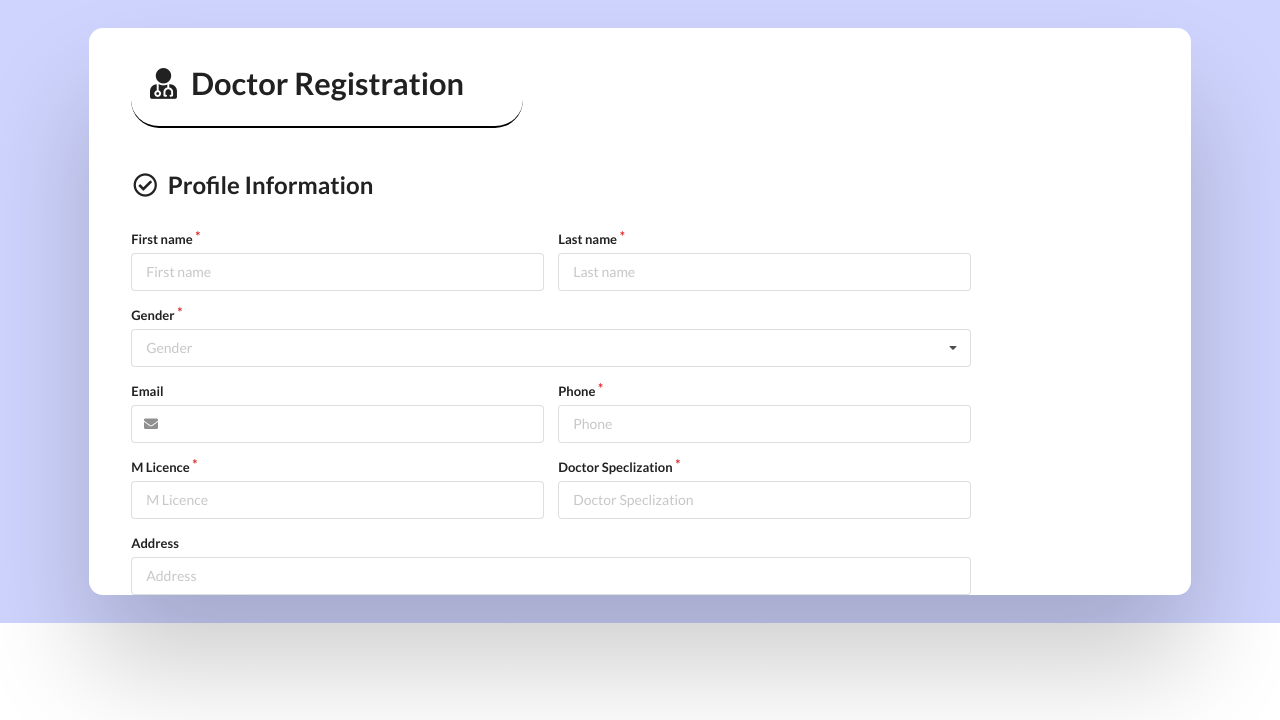
Repository: ajayaj2001/healthcare-digitization
Page: /doctorRegister
An editor plug-in stored every save of this project. The page is shown before and after the next save, followed by the edit.
The browser window is 1280 px wide. The pictures show the whole page.
The project was rebuilt for these pictures with package versions that can differ from the ones it lists, and the page was loaded fresh each time. Also part of the build but not shown: src/component/userType/UserType.scss, src/component/userType/UserType.js, src/component/login/Login.scss, src/component/login/loginForm/LoginForm.scss, src/component/login/loginForm/LoginForm.js, src/component/login/Login.js, src/component/register/Register.scss, src/component/register/registerForm/RegisterForm.scss and 2 more.

Above is the page before, as saved 2021-03-13 11:57:17.

### public/index.html
<!DOCTYPE html>
<html lang="en">

<head>
  <meta charset="utf-8" />
  <meta name="viewport" content="width=device-width, initial-scale=1" />
  <meta name="theme-color" content="#000000" />
  <meta name="description" content="Web site created using create-react-app" />
  <link rel="stylesheet" href="https://fonts.googleapis.com/css?family=Roboto:300,400,500,700&display=swap" />
  <link rel="stylesheet" href="https://fonts.googleapis.com/icon?family=Material+Icons" />

  <!--
      manifest.json provides metadata used when your web app is installed on a
      user's mobile device or desktop. See https://developers.google.com/web/fundamentals/web-app-manifest/
    -->
  <!-- <link rel="manifest" href="%PUBLIC_URL%/manifest.json" /> -->
  <!--
      Notice the use of %PUBLIC_URL% in the tags above.
      It will be replaced with the URL of the `public` folder during the build.
      Only files inside the `public` folder can be referenced from the HTML.

      Unlike "/favicon.ico" or "favicon.ico", "%PUBLIC_URL%/favicon.ico" will
      work correctly both with client-side routing and a non-root public URL.
      Learn how to configure a non-root public URL by running `npm run build`.
    -->
  <title>medical</title>
</head>

<body>
  <noscript>You need to enable JavaScript to run this app.</noscript>
  <div id="root"></div>
  <!--
      This HTML file is a template.
      If you open it directly in the browser, you will see an empty page.

      You can add webfonts, meta tags, or analytics to this file.
      The build step will place the bundled scripts into the <body> tag.

      To begin the development, run `npm start` or `yarn start`.
      To create a production bundle, use `npm run build` or `yarn build`.
    -->
</body>

</html>

### src/index.js
import React from 'react';
import ReactDOM from 'react-dom';
import './index.scss';
import App from './component/app/App';
import 'semantic-ui-css/semantic.min.css'


ReactDOM.render(
  // <React.StrictMode>
    <App />
  // </React.StrictMode>
  ,
  document.getElementById('root')
);

### src/index.scss
code {
  font-family: source-code-pro, Menlo, Monaco, Consolas, "Courier New", monospace;
}
@mixin respond($breakpoint) {
  @if $breakpoint == phone {
    @media (max-width: 37.5em) {
      @content;
    }
  }

  @if $breakpoint == tab-land {
    @media (max-width: 75em) {
      @content;
    }
  }
  @if $breakpoint == tab-port {
    @media (max-width: 56.25em) {
      @content;
    }
  }
  @if $breakpoint == big-desktop {
    @media (min-width: 112.5em) {
      @content;
    }
  }
}

*,
*::after,
*::before {
  margin: 0;
  padding: 0;
  box-sizing: inherit;
}
body {
  font-family: "Lato", sans-serif;
  font-weight: 400;
  font-size: 16px;
  line-height: 1.7;
  color: #777;
  //padding: 30px;
  box-sizing: border-box;
  @include respond(tab-port) {
    padding: 0;
  }
}

html {
  font-size: 62.5%; //1rem=10px 10px/16px=62.5%
  @include respond(tab-land) {
    //width <1200
    font-size: 56.25%; //1rem=9px
  }
  @include respond(tab-port) {
    //<width <900
    font-size: 50%; //1rem=8px
  }
  // @include respond(phone) {
  //     //<width<600
  //     font-size: 40%; //1rem=4.8px
  // }
  @include respond(big-desktop) {
    //>1200
    font-size: 75%; //1rem=12
  }
}

### src/component/app/App.js
import './App.scss';

import UserType from "../userType/UserType";
import Login from '../login/Login';
import Register from '../register/Register';
import { BrowserRouter as Router,Route,Switch } from 'react-router-dom';
import DoctorRegister from '../doctorRegister/DoctorRegister';

function App() {
  return (
    <Router>
       <Switch>
          <Route path="/login">
           <Login/>
          </Route>
          <Route path="/register">
           <Register/>
          </Route>
          <Route path="/doctorRegister">
            <DoctorRegister/>
          </Route>
          <Route path="/">
            <UserType/>
          </Route>

        </Switch>
    {/* <div className="App">
    </div> */}
    </Router>
  );
}

export default App;

### src/component/doctorRegister/DoctorRegister.js
import React from 'react'
import './DoctorRegister.scss'
import DoctorRegisterForm from './doctorRegisterForm/DoctorRegisterForm'
import {  Icon } from 'semantic-ui-react'

const DoctorRegister = () => {
    return (
        <div className="doctorRegister__container">
            <div className="doctorRegister__main">
                <h1 className="doctorRegister__heading"><Icon name="user doctor"/> Doctor Registration</h1>
                <div className="doctorRegister__subheading"><h2><Icon name="check circle outline"/> Profile Information</h2></div>
                <DoctorRegisterForm/>
            </div>
        </div>
    )
}

export default DoctorRegister

### src/component/doctorRegister/DoctorRegister.scss
.doctorRegister{
    &__container{
        margin: 0;
        background-color: #cfd4fe;
        height: 100%;
        display: flex;
        justify-content: center;
        align-items: center;
        padding: 2rem 2rem 2rem 2rem;
    }
    &__main{
        background-color: white;
        width: 90%;
        height: 90%;
        border-radius: 1rem;
        align-items: center;
        overflow: hidden;
        box-shadow: 0 5rem 8rem rgba(black, 0.2);
        padding: 1rem 3rem 0rem 3rem;
    }
   &__heading{
       font-size: 2.2rem;
       margin: 0rem 0rem 3rem 0rem;
       padding-left: 1rem;
       line-height: 6rem;
       border-bottom: .2rem solid black;
       width: 28rem;
       border-radius: 2rem;

   }
   &__subheading{
       margin-bottom: 2rem;
   }
}

### src/component/doctorRegister/doctorRegisterForm/DoctorRegisterForm.js
import React from 'react'
import { Icon ,Form} from 'semantic-ui-react'
import './DoctorRegisterForm.scss'

const options = [
    { key: 'm', text: 'Male', value: 'male' },
    { key: 'f', text: 'Female', value: 'female' },
    { key: 'o', text: 'Other', value: 'other' },
  ]

const DoctorRegisterForm = () => {
    return (
        <div className="doctorRegisterForm">
            <Form>
    <Form.Group widths='equal'>

      <Form.Input
      fluid label='First name'
      placeholder='First name'
      required
      />
      <Form.Input
      fluid label='Last name'
      placeholder='Last name'
       required
       />

    </Form.Group>
    <Form.Select label="Gender" options={options} placeholder='Gender'  required/>
    <Form.Group widths='equal'>
      <Form.Input
                        fluid
                        id='form-subcomponent-shorthand-input-last-name'
                        label='Email'
                        icon="mail"
                        iconPosition="left"
                        type="email"
                        // onChange={(event) => setEmail(event.target.value)}
                        // value={email}
                    />
      <Form.Input label='Phone' placeholder='Phone' required/>
    </Form.Group>
    <Form.Group widths='equal'>

      <Form.Input
      fluid label='M Licence'
      placeholder='M Licence'
      required
      />
      <Form.Input
      fluid label='Doctor Speclization'
      placeholder='Doctor Speclization'
       required
       />

    </Form.Group>
    <Form.Input label='Address' placeholder='Address' />
  </Form>
        </div>
    )
}

export default DoctorRegisterForm

### src/component/doctorRegister/doctorRegisterForm/DoctorRegisterForm.scss
.doctorRegisterForm{
    &__heading{
        font-size: 1rem;
    }
}

.ui.form{
    width: 60rem;
}

Loaded but not shown: src/component/app/App.scss (no stored copy; drawn as an empty file)

After the next save:
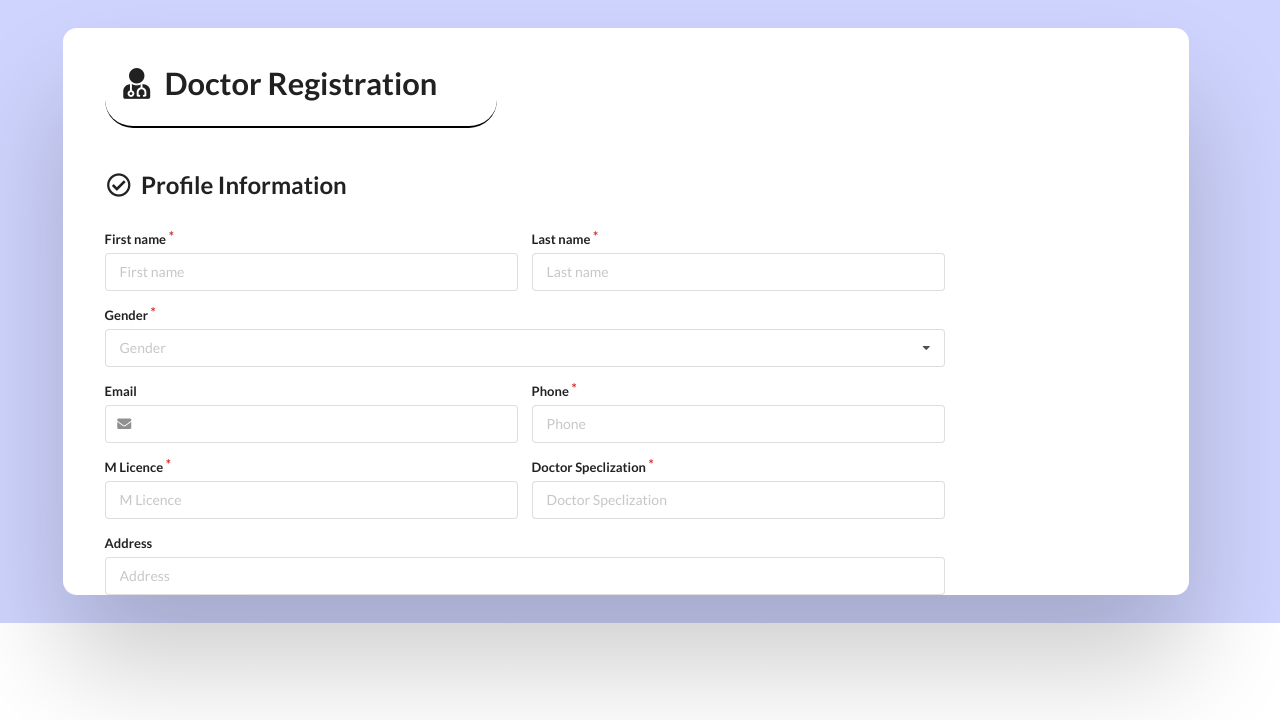
Saved 7 s later.
--- a/src/component/doctorRegister/DoctorRegister.scss
+++ b/src/component/doctorRegister/DoctorRegister.scss
@@ -6,7 +6,7 @@
         display: flex;
         justify-content: center;
         align-items: center;
-        padding: 2rem 2rem 2rem 2rem;
+        padding: 2rem 2rem 2rem 0rem;
     }
     &__main{
         background-color: white;

After the 2 saves that followed:
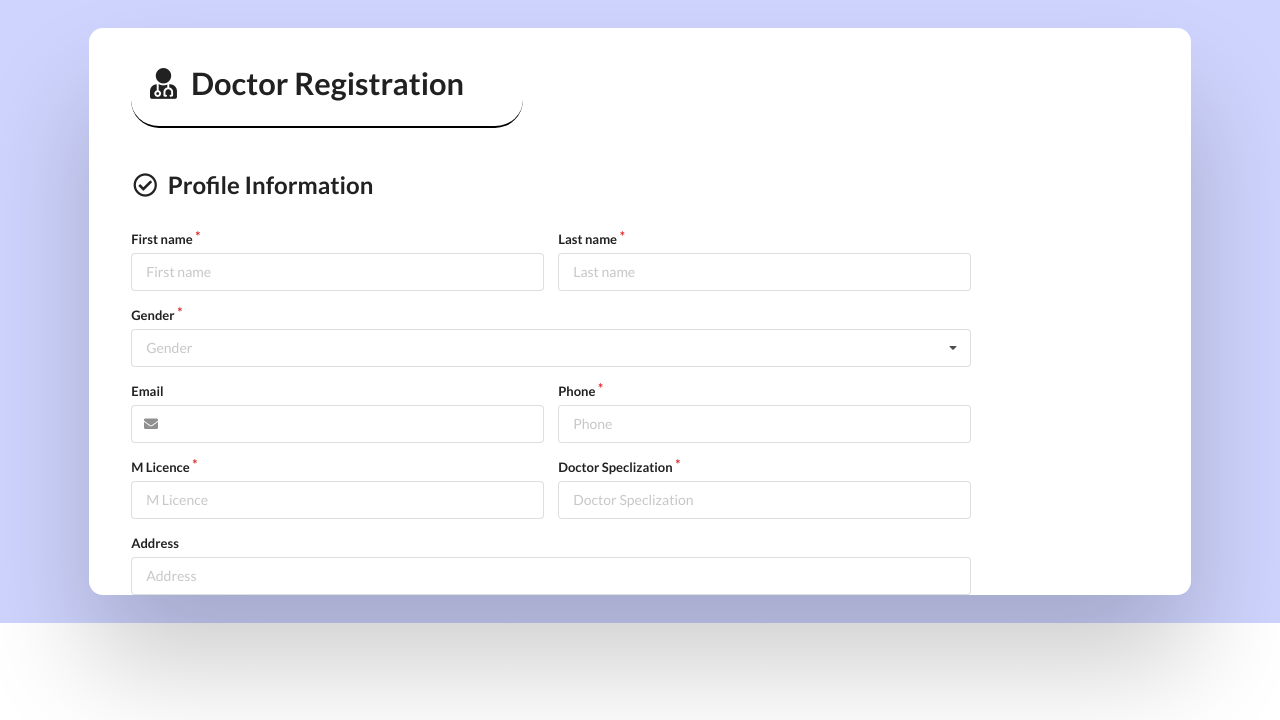
The 2 saves are shown as one change because they came seconds apart.
The last was saved 6 s later.
--- a/src/component/doctorRegister/DoctorRegister.scss
+++ b/src/component/doctorRegister/DoctorRegister.scss
@@ -6,7 +6,7 @@
         display: flex;
         justify-content: center;
         align-items: center;
-        padding: 2rem 2rem 2rem 0rem;
+        padding: 2rem 2rem 2rem 2rem;
     }
     &__main{
         background-color: white;
